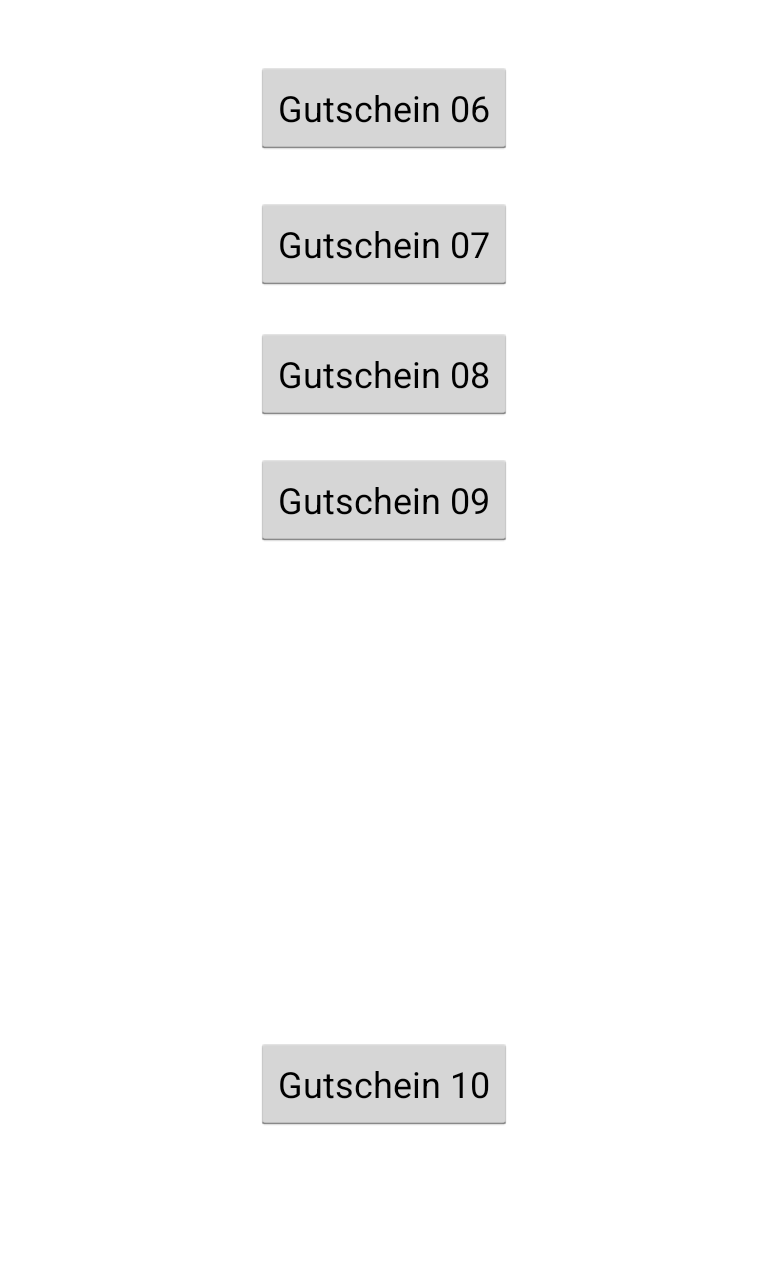
Repository: flashback2k12/ChristmasPresent
Layout: ChristmasPresent/res/layout/activity_checkbox2.xml
The author's editor kept a copy of each file at every save. The layout is drawn from the files as they stood at one save, then again after the next save.
It is drawn on a 768 x 1280 px phone screen (xhdpi) without system bars, with theme AppTheme; the app's code is not run.

Above is the layout before, as saved 2012-12-18 20:02:51.

After the next save:
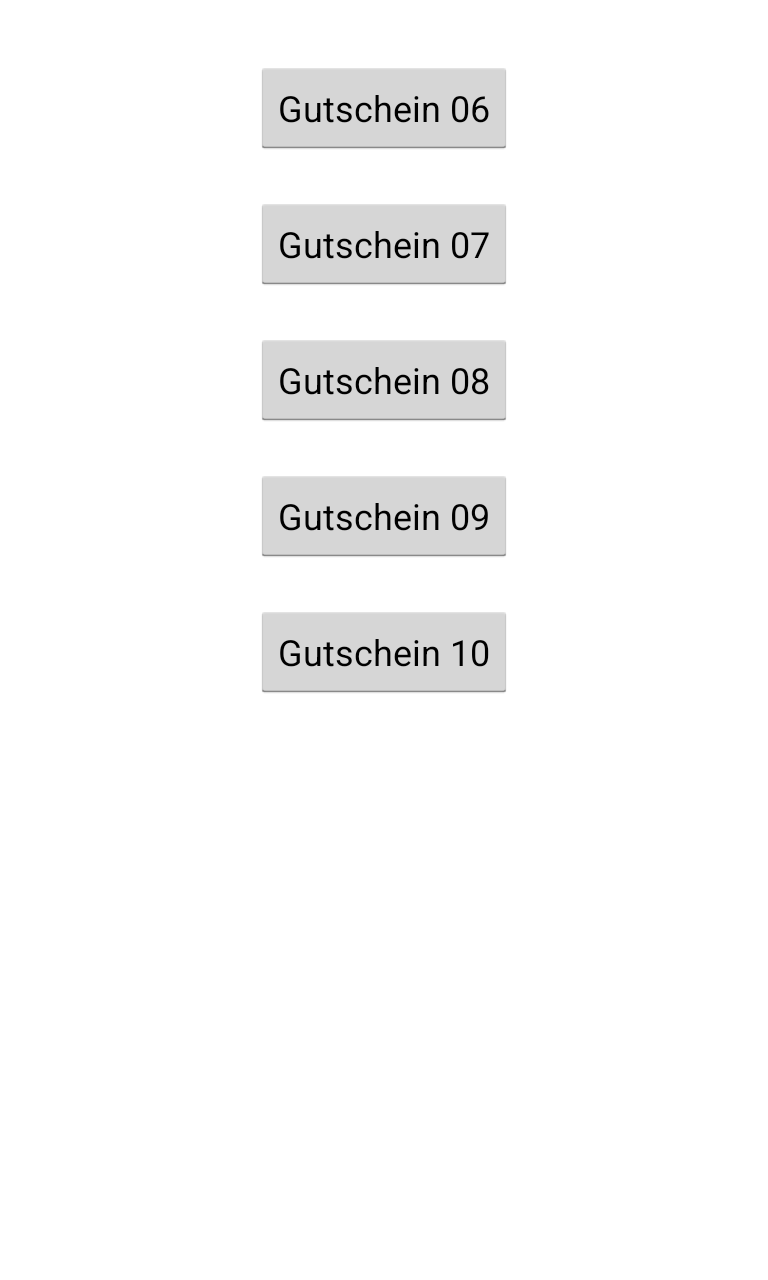
Saved 69 s later.
--- a/ChristmasPresent/res/layout/activity_checkbox2.xml
+++ b/ChristmasPresent/res/layout/activity_checkbox2.xml
@@ -16,6 +16,26 @@
         android:text="@string/checkbox6" />
 
     <Button
+        android:id="@+id/Button08"
+        android:layout_width="wrap_content"
+        android:layout_height="wrap_content"
+        android:layout_alignLeft="@+id/Button07"
+        android:layout_below="@+id/Button07"
+        android:layout_marginTop="20dp"
+        android:onClick="ThirdCoupon"
+        android:text="@string/checkbox8" />
+
+    <Button
+        android:id="@+id/Button09"
+        android:layout_width="wrap_content"
+        android:layout_height="wrap_content"
+        android:layout_alignLeft="@+id/Button08"
+        android:layout_below="@+id/Button08"
+        android:layout_marginTop="20dp"
+        android:onClick="FourthCoupon"
+        android:text="@string/checkbox9" />
+
+    <Button
         android:id="@+id/Button07"
         android:layout_width="wrap_content"
         android:layout_height="wrap_content"
@@ -26,33 +46,13 @@
         android:text="@string/checkbox7" />
 
     <Button
-        android:id="@+id/Button08"
-        android:layout_width="wrap_content"
-        android:layout_height="wrap_content"
-        android:layout_alignLeft="@+id/Button07"
-        android:layout_below="@+id/Button07"
-        android:layout_marginTop="17dp"
-        android:onClick="ThirdCoupon"
-        android:text="@string/checkbox8" />
-
-    <Button
         android:id="@+id/Button10"
         android:layout_width="wrap_content"
         android:layout_height="wrap_content"
         android:layout_alignLeft="@+id/Button09"
-        android:layout_alignParentBottom="true"
-        android:layout_marginBottom="74dp"
+        android:layout_below="@+id/Button09"
+        android:layout_marginTop="20dp"
         android:onClick="FifthCoupon"
         android:text="@string/checkbox10" />
 
-    <Button
-        android:id="@+id/Button09"
-        android:layout_width="wrap_content"
-        android:layout_height="wrap_content"
-        android:layout_alignLeft="@+id/Button08"
-        android:layout_below="@+id/Button08"
-        android:layout_marginTop="15dp"
-        android:onClick="FourthCoupon"
-        android:text="@string/checkbox9" />
-
 </RelativeLayout>
